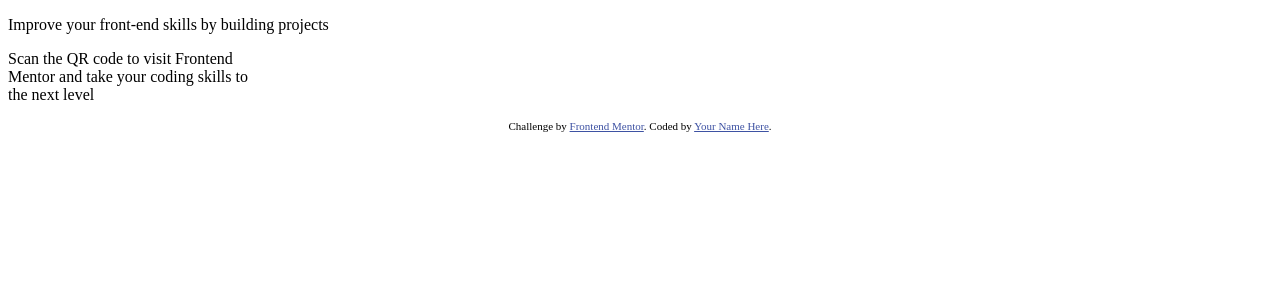
Repository: jminervino/CSS-QRCodeResponsive
Page: index.html
An editor plug-in stored every save of this project. The page is shown before and after the next save, followed by the edit.
The browser window is 1280 px wide. The pictures show the whole page.

Above is the page before, as saved 2022-02-08 19:16:54.

After the next save:
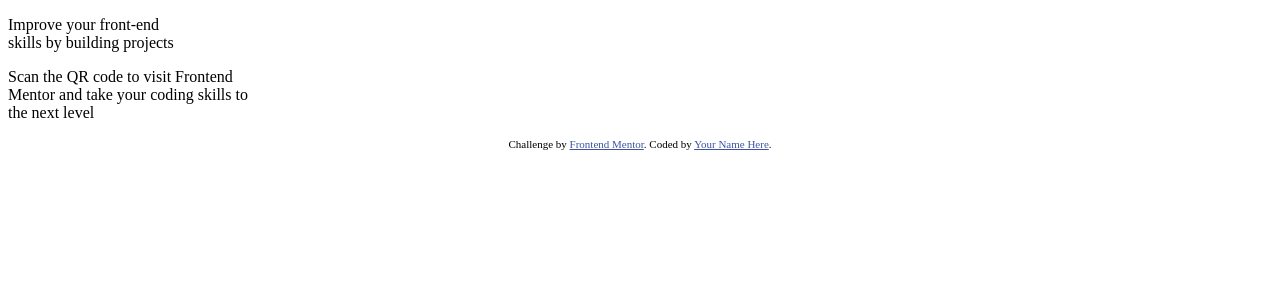
Saved 11 s later.
--- a/index.html
+++ b/index.html
@@ -22,7 +22,7 @@
 
             </div>
             <div>
-              <p>Improve your front-end skills by building projects</p>
+              <p>Improve your front-end <br> skills by building projects</p>
 
               <p>Scan the QR code to visit Frontend <br> Mentor and take your coding skills to <br> the next level</p>
             </div>
